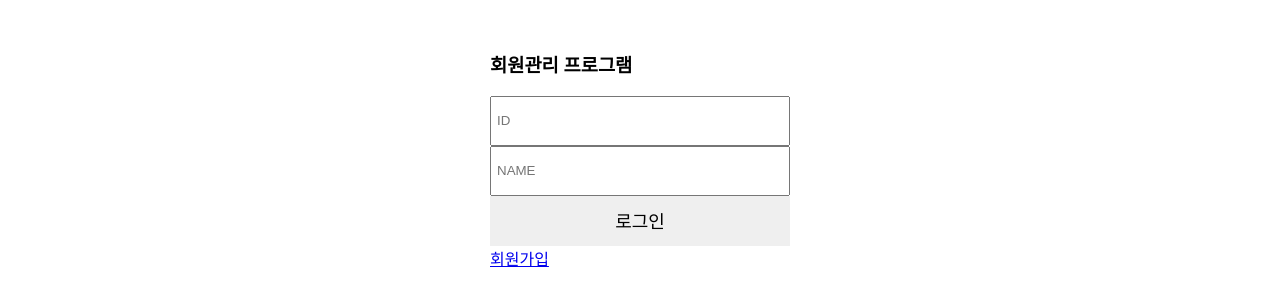
Repository: goatmxj67/ServerProgram1
Page: http://localhost/ServerProgram1/login.jsp
The author's editor kept a copy of each file at every save. The page is drawn from the files as they stood at one save, then again after the next save.
The browser window is 1280 px wide. The pictures show the whole page.
The page is served by Tomcat 9.

Above is the page before, as saved 2021-06-14 07:38:32.
Console error: ReferenceError: $ is not defined

After the next save:
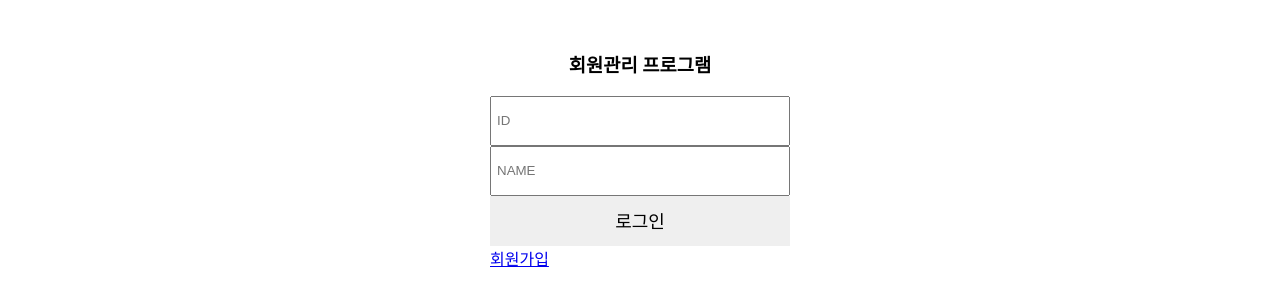
Saved 29 s later.
--- a/ServerProgram1/WebContent/login.jsp
+++ b/ServerProgram1/WebContent/login.jsp
@@ -7,6 +7,9 @@
 	.login_form {
 		width: 300px;
 		margin: 50px auto;
+	}
+	h3 {
+		text-align: center;
 	}
 	#f input {
 		padding: 5px;
